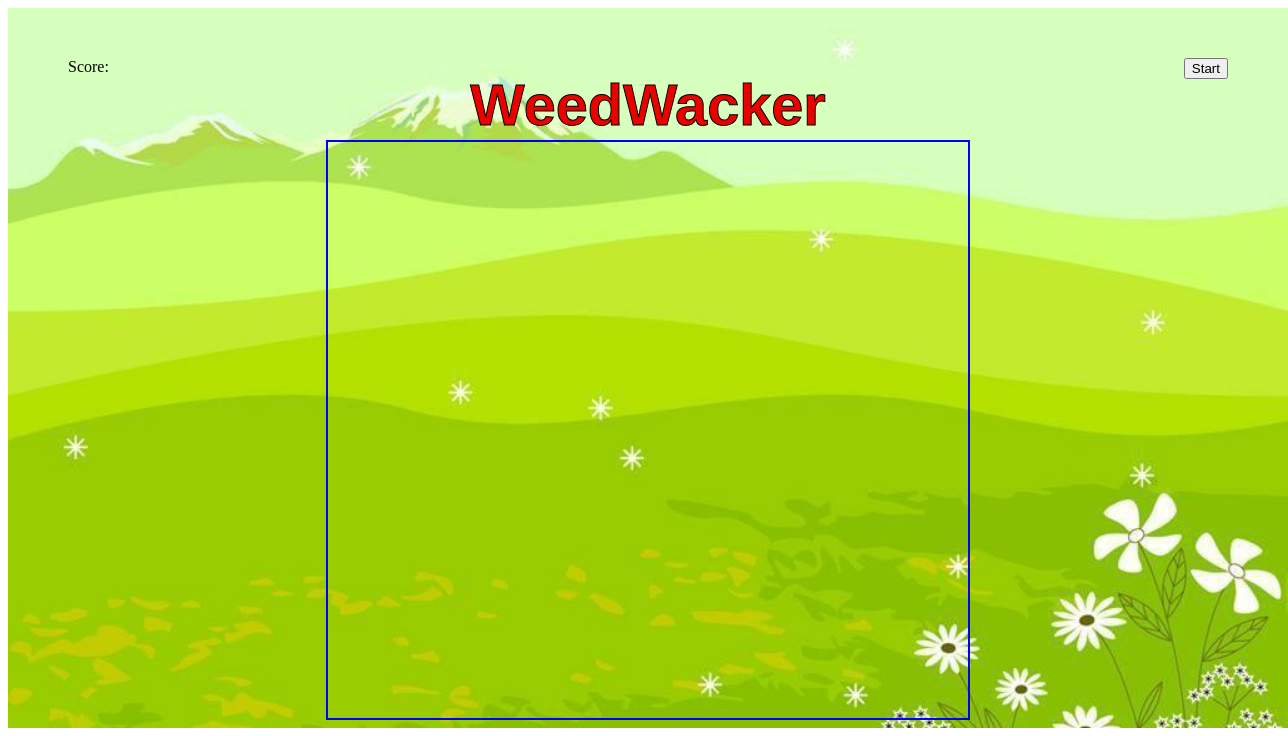
Repository: AustinW24/weedwacker
Page: index.html
The author's editor kept a copy of each file at every save. The page is drawn from the files as they stood at one save, then again after a run of saves.
The browser window is 1280 px wide. The page is 1288 px wide, so the pictures cover 1288 px, including what lies to the right of the window. The pictures show the whole page.
Some web fonts or font styles are not loaded; a fallback is used.

Above is the page before, as saved 2022-02-09 10:10:28.

After the next 2 saves:
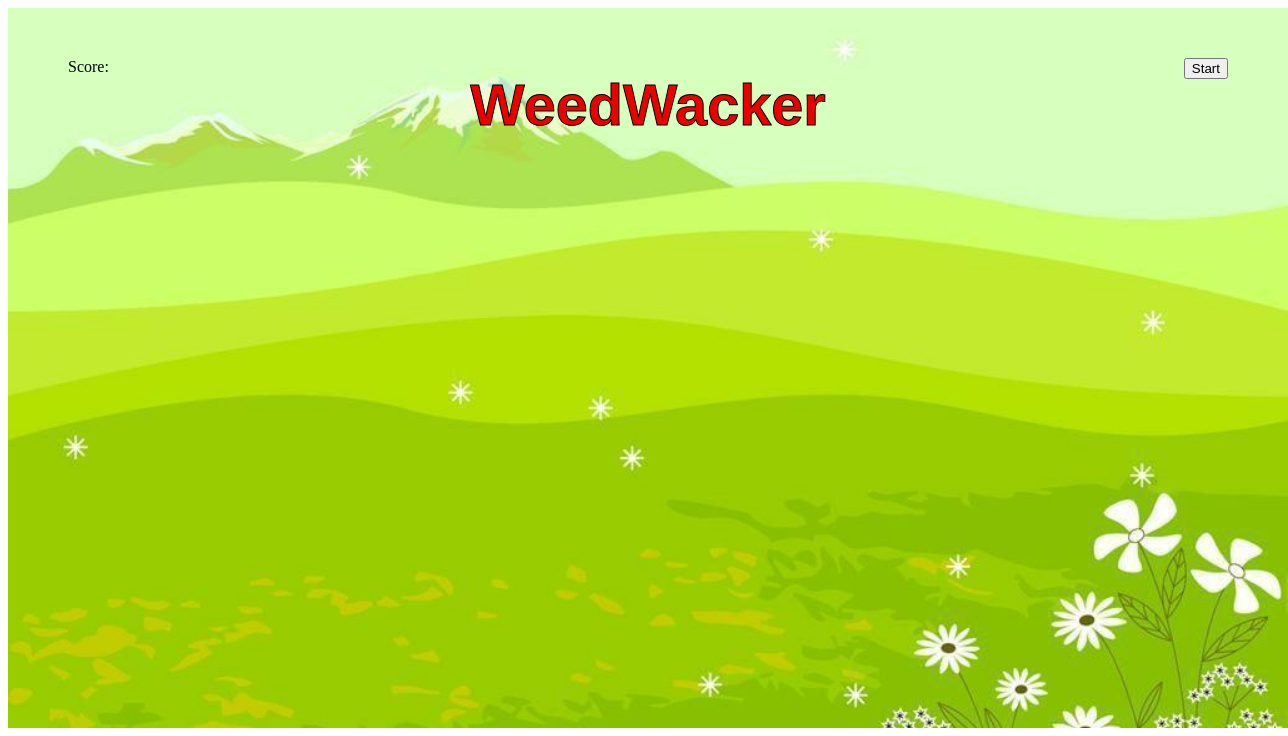
The 2 saves are shown as one change because they came seconds apart.
The last was saved 3 min 31 s later.
--- a/style.css
+++ b/style.css
@@ -19,7 +19,8 @@ html{
 }
 
 .grid {
-    display: grid;
+
+    /* display: grid;
     place-items: center;
     grid-template-columns: repeat(3, 1fr);
     grid-template-rows: repeat(3, 1fr);
@@ -32,7 +33,7 @@ html{
     margin-bottom: 10px;
     margin-top: 20%;
     outline: 2px solid blue;
-    justify-content: center;
+    justify-content: center; */
 }
 
 .heading {
